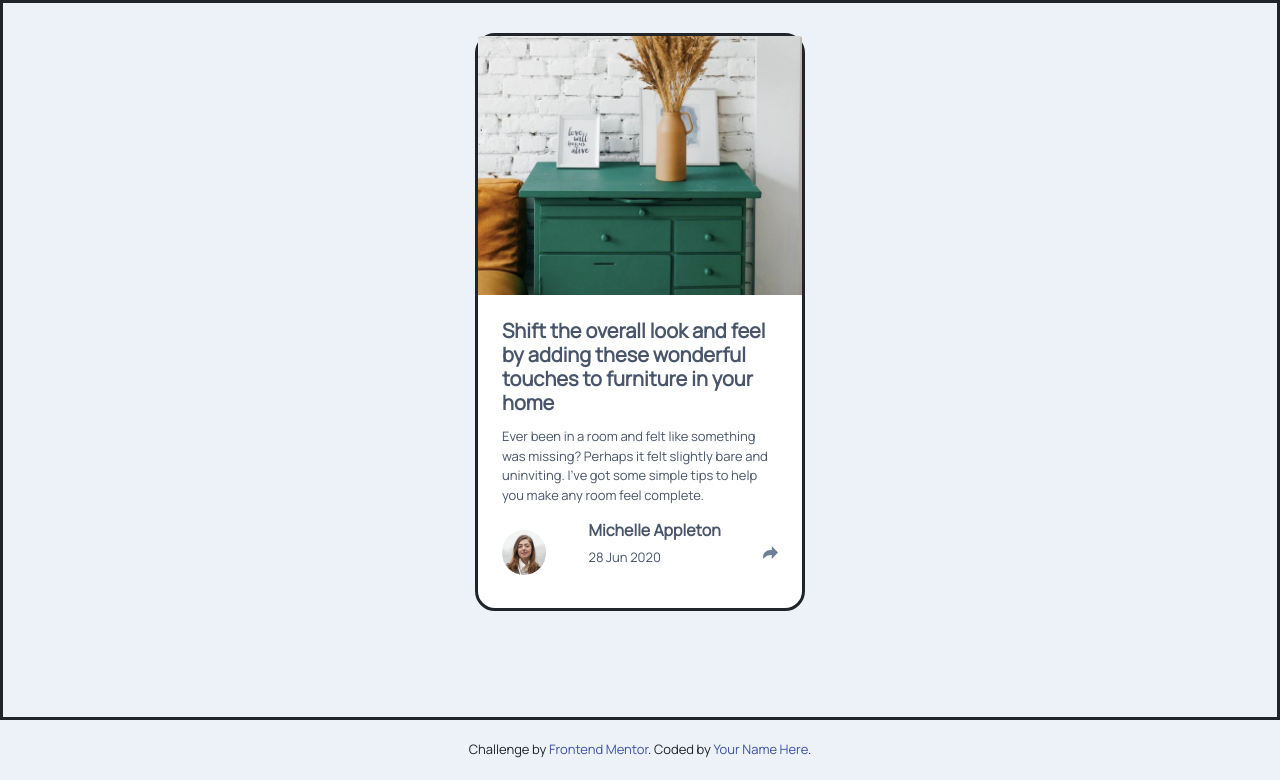
Repository: timiodulate/Article-Preview-Component
Page: index.html
These files come from the project's save history. The page is drawn as it stood at one moment and after a run of saves; the edit follows.
The browser window is 1280 px wide. The pictures show the whole page.

Above is the page before, as saved 2020-07-11 12:24:25.

After the next 6 saves:
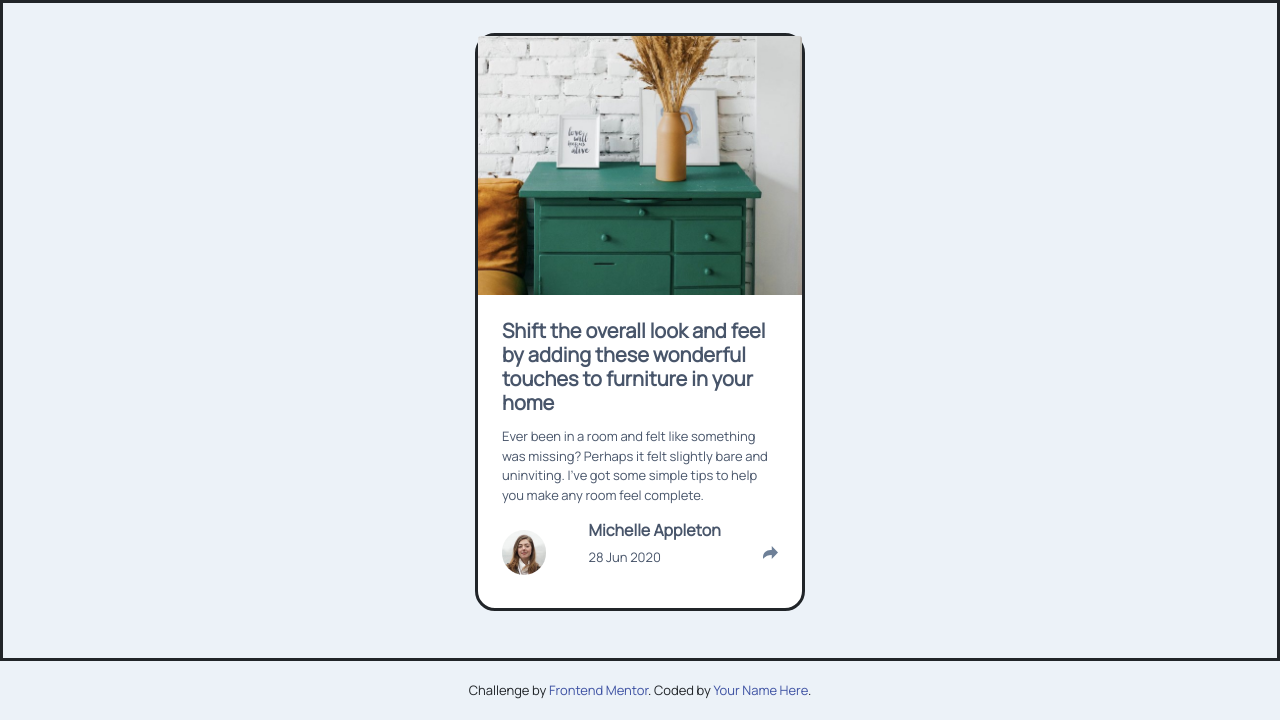
The 6 saves are shown as one change because they came seconds apart.
The last was saved 26 s later.
--- a/css/style.css
+++ b/css/style.css
@@ -26,9 +26,10 @@
 body {
     width: 100vw;
     height: 100vh;
-    /* display: flex;
+
+    display: flex;
     flex-direction: column;
-    justify-content: space-between; */
+    justify-content: space-between;
 
     font-family: var(--body);
     font-size: 13px;
